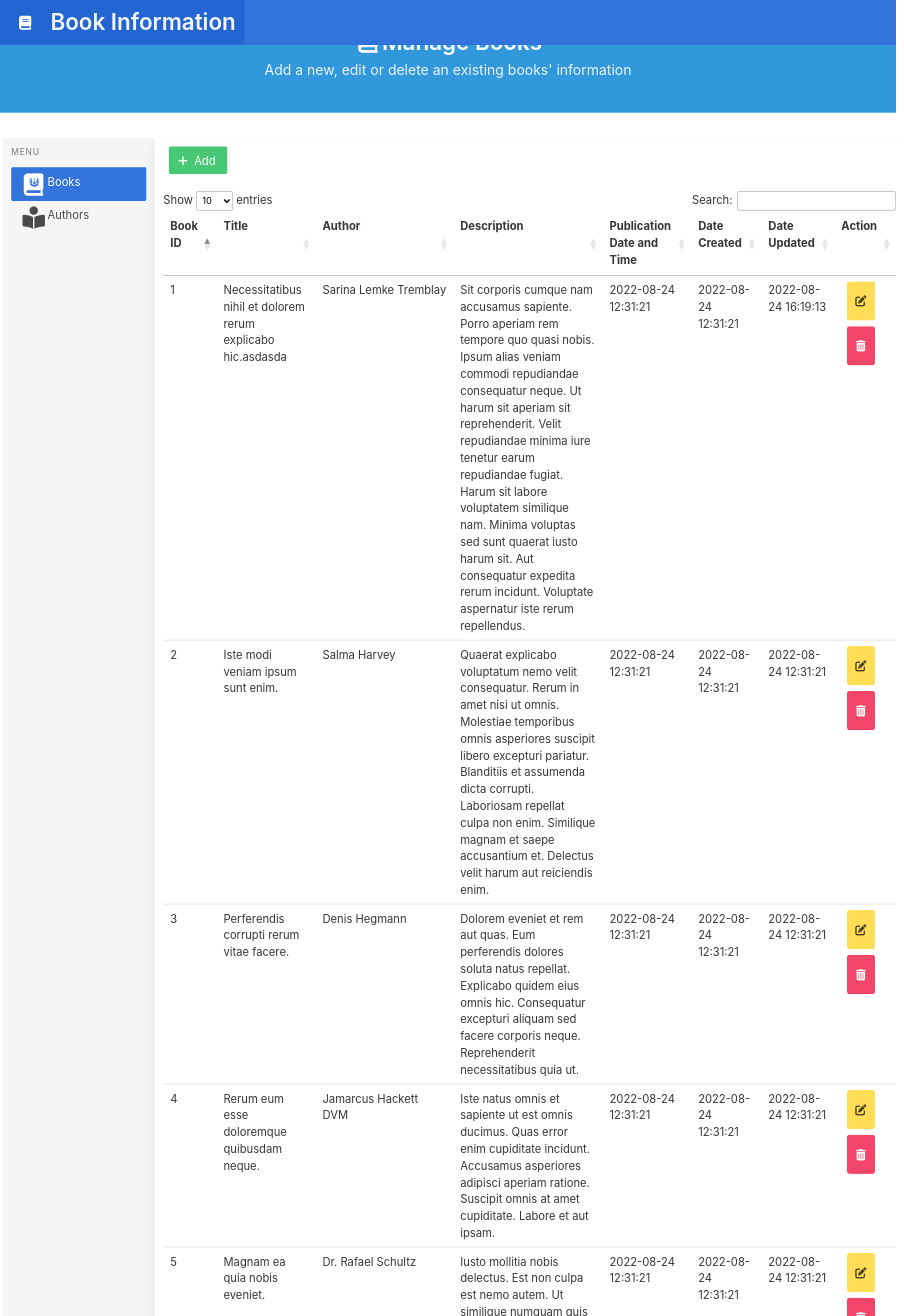
Repository: setsunafjustin00208/books_info_laravel_version
Page: http://localhost/appview/books
The author's editor kept a copy of each file at every save. The page is drawn from the files as they stood at one save, then again after the next save.
The browser window is 1280 px wide. The page is 1292 px wide, so the pictures cover 1292 px, including what lies to the right of the window. The pictures show the part of the page from y = 0 to 1880 px (the page is 4220 px tall before and 4636 px after), at 70% of full size.
The page is served by the project's Laravel application, run on PHP 8.4 with Laravel 9. The database holds what the project's SQL file puts in it.

Above is the page before, as saved 2022-08-26 14:21:51.
Console error: ReferenceError: jQuery is not defined

After the next save:
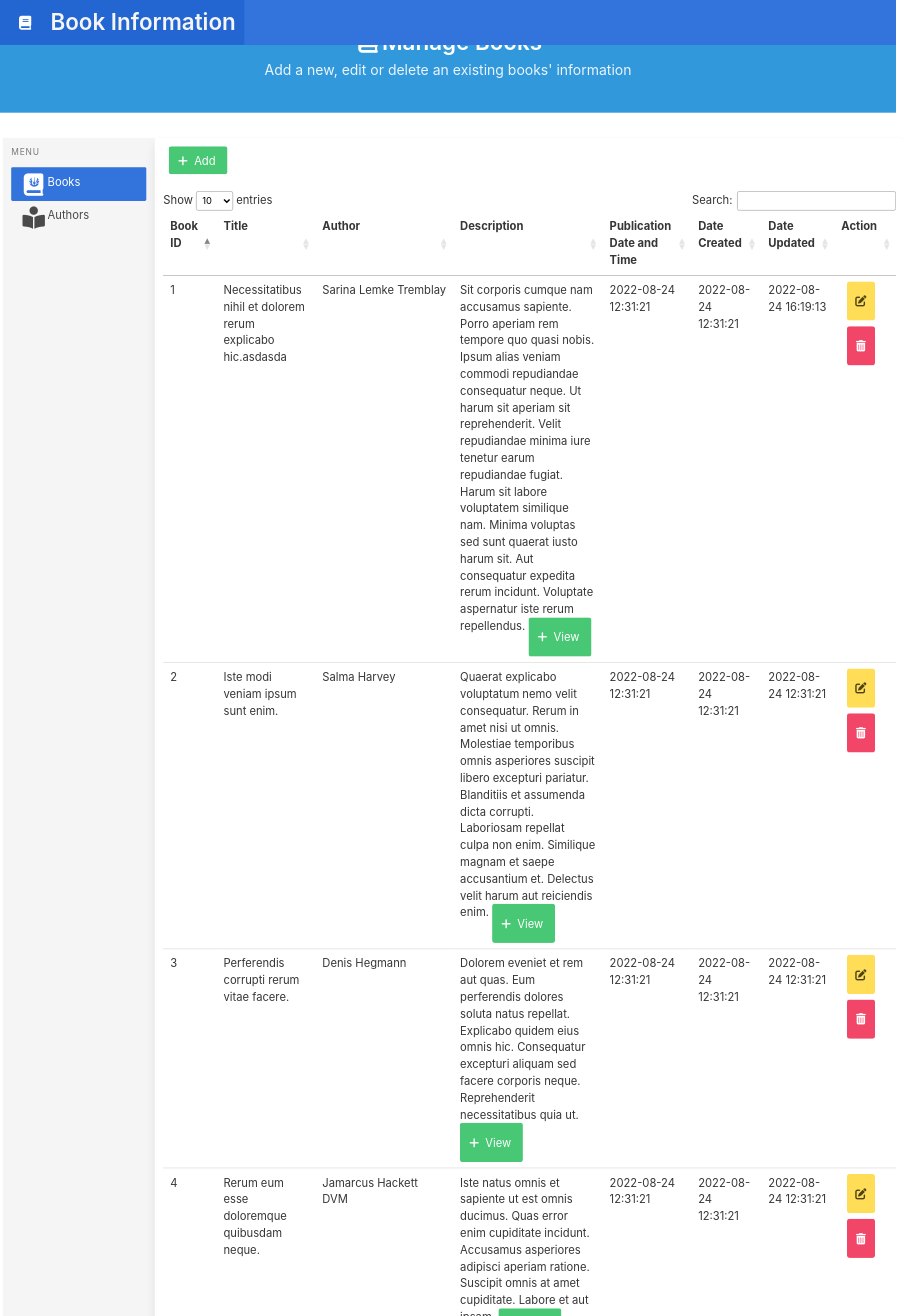
Saved 3 s later.
--- a/resources/views/appviews/books.blade.php
+++ b/resources/views/appviews/books.blade.php
@@ -139,7 +139,16 @@
                                 <td>{{$book->author}}</td>
                                 <td>
                                   {{$book->description}}
-
+                                  <button class="button is-success js-modal-trigger" data-target="modal-view-data">
+                                    <span class="icon-text">
+                                        <span class="icon">
+                                            <i class="fas fa-plus"></i>
+                                        </span>
+                                        <span>
+                                           View
+                                        </span>
+                                    </span>
+                                  </button>
                                 </td>
                                 <td>{{$book->publication_date_n_time}}</td>
                                 <td>{{$book->created_at}}</td>
